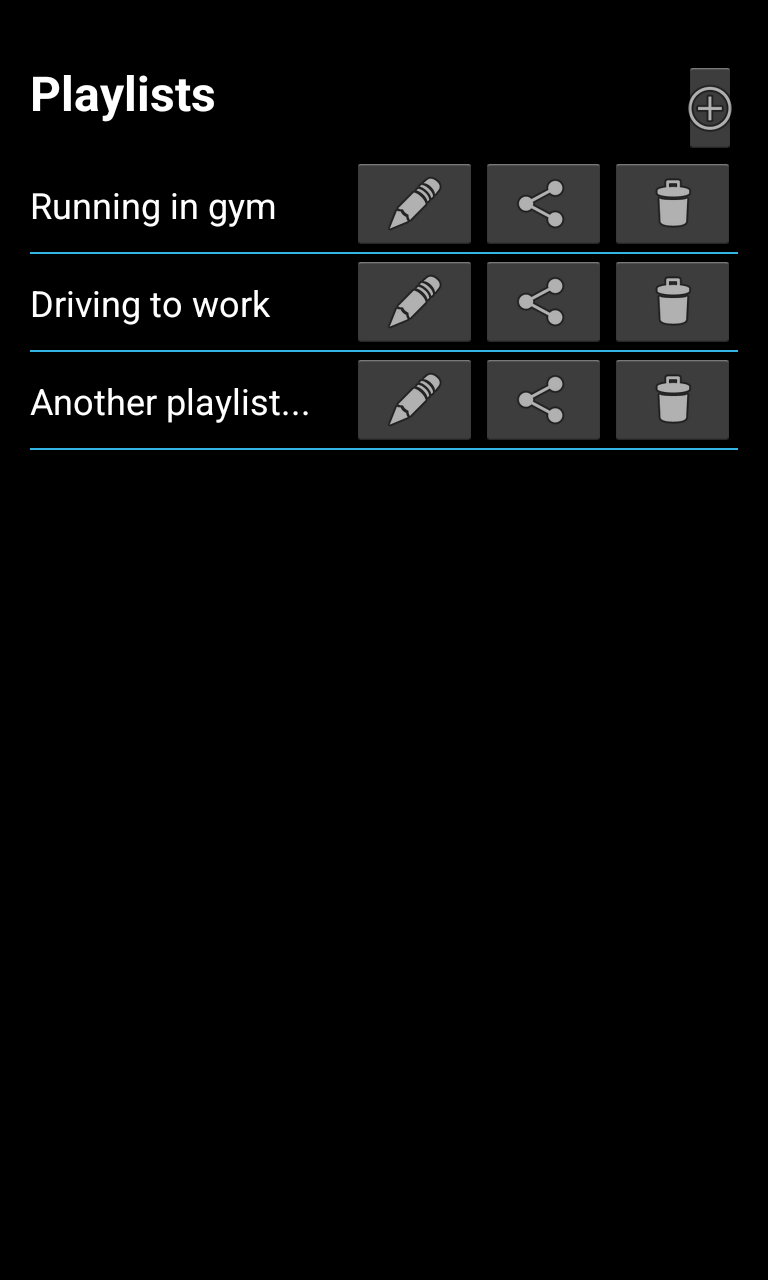
Repository: ohadsch/AwesomePlaylists
Layout: AwesomePlaylists/res/layout/activity_playlists.xml
These files come from the project's save history. The layout is drawn as it stood at one moment and after the next save; the edit follows.
It is drawn on a 768 x 1280 px phone screen (xhdpi) without system bars, with theme AppTheme; the app's code is not run.

Above is the layout before, as saved 2014-04-28 14:49:38.

After the next save:
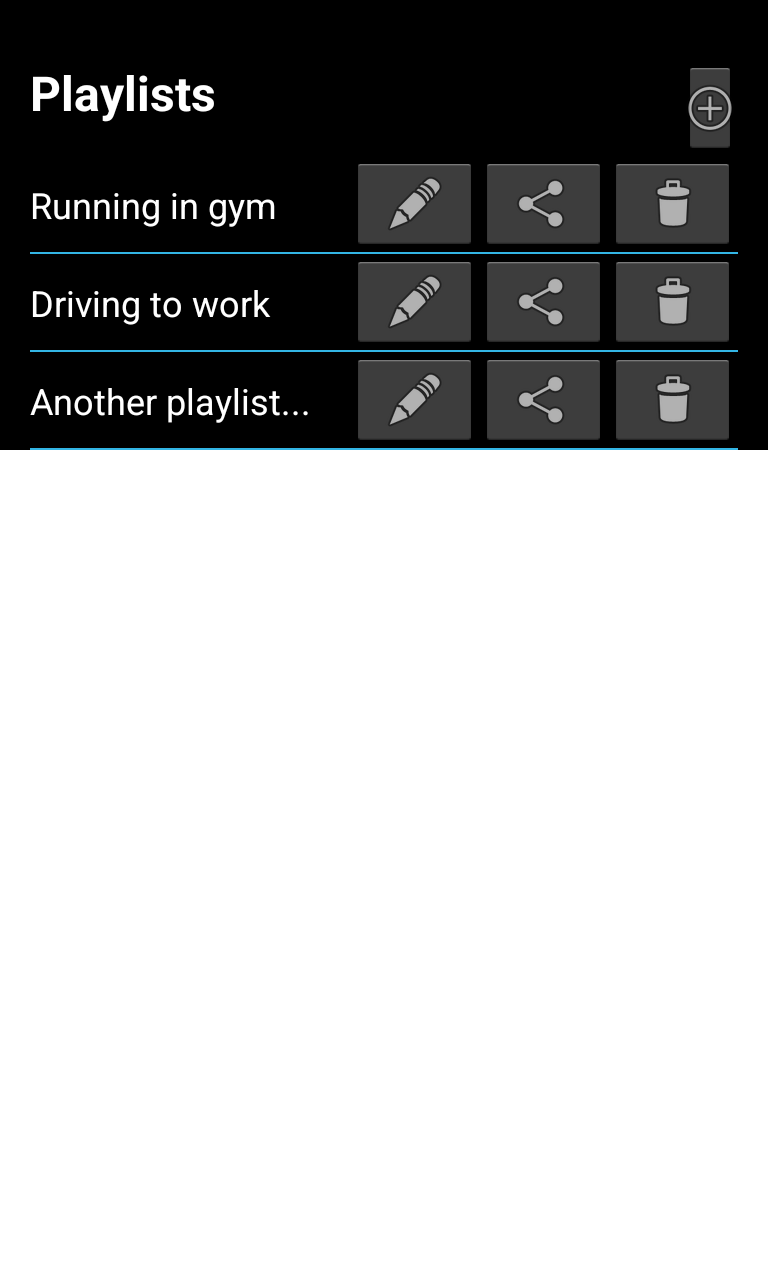
Saved 17 h 18 min later.
--- a/AwesomePlaylists/res/layout/activity_playlists.xml
+++ b/AwesomePlaylists/res/layout/activity_playlists.xml
@@ -1,4 +1,7 @@
-<LinearLayout xmlns:android="http://schemas.android.com/apk/res/android"
+<ScrollView xmlns:android="http://schemas.android.com/apk/res/android"
+    android:layout_width="fill_parent" android:layout_height="fill_parent">
+
+<LinearLayout
     android:layout_width="fill_parent"
     android:layout_height="fill_parent"
     android:orientation="vertical"
@@ -163,3 +166,4 @@
 	    android:background="@android:color/holo_blue_light"/>
 
 </LinearLayout>
+</ScrollView>
